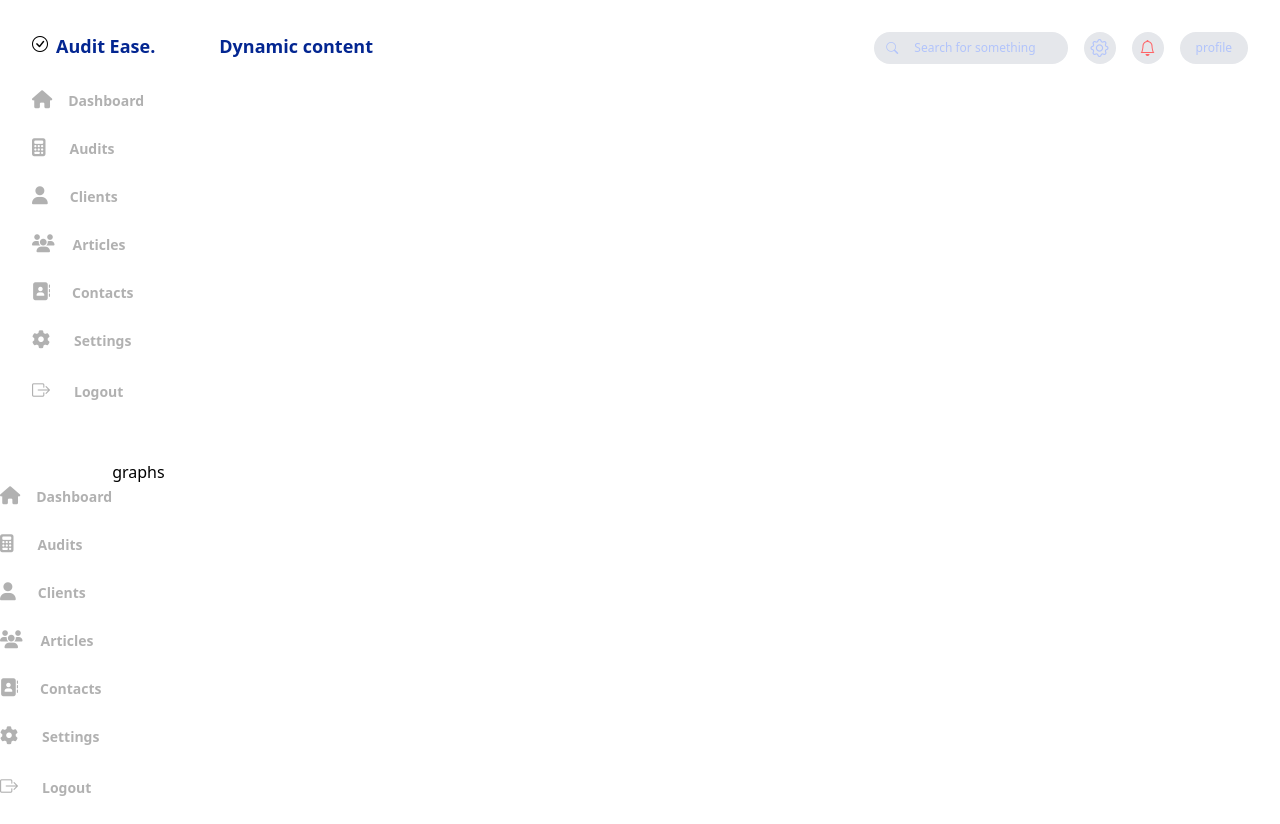
Repository: EclipticCode/Audit-Ease-FE
Page: /
An editor plug-in stored every save of this project. The page is shown before and after the next save, followed by the edit.
The browser window is 1280 px wide. The pictures show the whole page.
Some web libraries are served in a nearby version. The project was rebuilt for these pictures with package versions that can differ from the ones it lists, and the page was loaded fresh each time. Also part of the build but not shown: vite.config.js, Login.jsx, src/Navbar.jsx, src/Pages/Audits.jsx.

Above is the page before, as saved 2025-03-27 22:16:42.

After the next save:
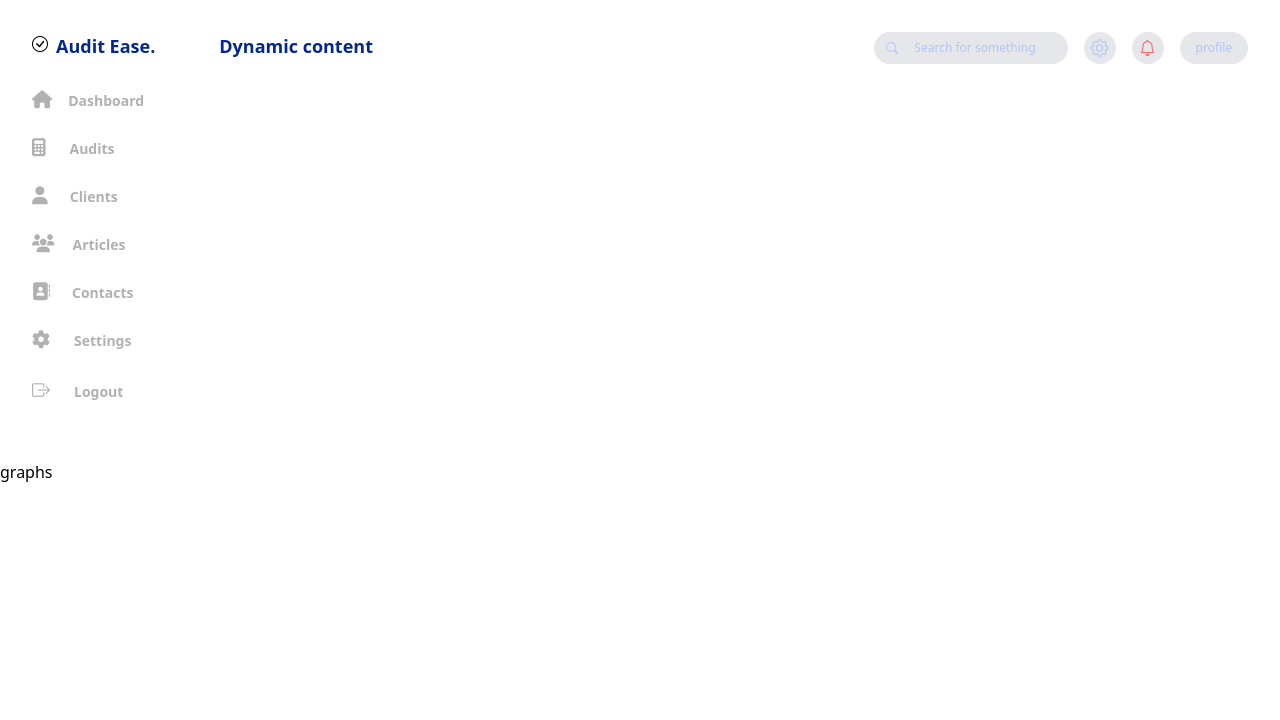
Saved 40 s later.
--- a/src/Pages/Dashboard.jsx
+++ b/src/Pages/Dashboard.jsx
@@ -4,20 +4,7 @@ import { Link } from 'react-router-dom'
 const Dashboard = () => {
   return (
     <div className='flex flex-row'>
-      <div><div className='flex flex-col mt-6 text-light-secondary'>
-            <div className='mb-6'>
-            <button>
-            <span><i className="fa-solid fa-house mr-4 text-lg"></i></span><span className='font-semibold text-sm'>
-                <Link to={`/`}>Dashboard</Link>
-                </span></button>
-            </div>
-            <div className='mb-6'><span><i className="fa-solid fa-calculator mr-6 text-lg"></i></span><span className='font-semibold text-sm'><Link to={`/audits`}>Audits</Link></span></div>
-            <div className='mb-6'><span><i className="fa-solid fa-user mr-5.5 text-lg"></i></span><span className='font-semibold text-sm'>Clients</span></div>
-            <div className='mb-6'><span><i className="fa-solid fa-users mr-4.5 text-lg"></i></span><span className='font-semibold text-sm'>Articles</span></div>
-            <div className='mb-6'><span><i className="fa-solid fa-address-book mr-5.5 text-lg"></i></span><span className='font-semibold text-sm'>Contacts</span></div>
-            <div className='mb-6'><span><i className="fa-solid fa-gear mr-6 text-lg"></i></span><span className='font-semibold text-sm'>Settings</span></div>
-            <div className='mb-6'><span><i className="bi bi-box-arrow-right mr-6 text-lg"></i></span><span className='font-semibold text-sm'>Logout</span></div>
-        </div></div>
+
       <div>graphs</div>
     </div>
   )
